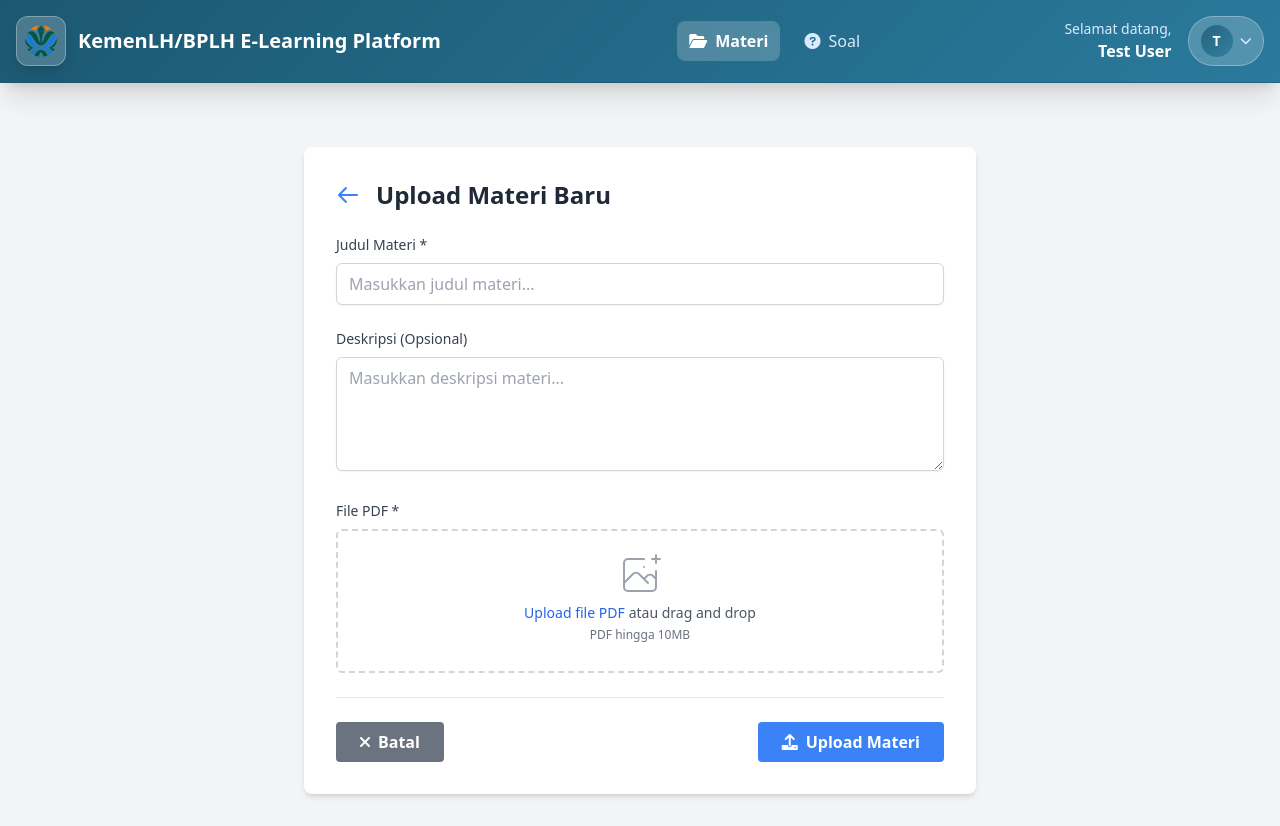
Repository: Autofat/LMS-MOOC
Page: http://localhost/materials/create
These files come from the project's save history. The page is drawn as it stood at one moment and after the next save; the edit follows.
The browser window is 1280 px wide. The pictures show the whole page.
Some web libraries are served in a nearby version. The page is served by the project's Laravel application, run on PHP 8.4 with Laravel 12. A made-up administrator, Test User (test@example.com), is signed in. Other server files are loaded and not shown.

Above is the page before, as saved 2025-08-01 13:35:25.

### routes/web.php
<?php

use Illuminate\Support\Facades\Route;
use Illuminate\Support\Facades\Auth;
use Illuminate\Support\Facades\Http;
use Illuminate\Support\Facades\Storage;
use Illuminate\Http\Request;
use App\Http\Controllers\QuestionController;
use App\Http\Controllers\MaterialController;
use App\Http\Controllers\AuthController;

// Root redirect to login
Route::get('/', function () {
    // Force logout and clear session
    Auth::logout();
    session()->flush();
    session()->regenerate();

    return redirect()->route('login');
});

// Authentication Routes
Route::get('/login', [AuthController::class, 'showLoginForm'])->name('login');
Route::post('/login', [AuthController::class, 'login']);
Route::get('/register', [AuthController::class, 'showRegisterForm'])->name('register');
Route::post('/register', [AuthController::class, 'register']);
Route::post('/logout', [AuthController::class, 'logout'])->name('logout');

// Temporary route to clear session
Route::get('/clear-session', function () {
    Auth::logout();
    session()->flush();
    session()->regenerate();
    return redirect()->route('login')->with('success', 'Session cleared. Please login again.');
});

// Test route to check auth status
Route::get('/test-auth', function () {
    return response()->json([
        'auth_check' => Auth::check(),
        'user' => Auth::user(),
        'session_id' => session()->getId(),
        'session_data' => session()->all()
    ]);
});

// Protected Routes (require authentication)
Route::middleware(['auth'])->group(function () {

    // Debug route for testing n8n connection
    Route::get('/test-n8n-connection', function () {
        try {
            $testData = [
                'action' => 'test_connection',
                'timestamp' => now()->toISOString(),
                'message' => 'Laravel connection test'
            ];

            $n8nUrl = env('N8N_GENERATE_QUESTIONS_URL', 'http://localhost:5678/webhook/generate-questions');

            $response = Http::timeout(120)
                ->retry(2, 100)
                ->withOptions([
                    'verify' => false,
                    'allow_redirects' => true,
                    'http_errors' => false
                ])
                ->post($n8nUrl, $testData);

            return response()->json([
                'success' => true,
                'message' => 'n8n connection test completed',
                'url' => $n8nUrl,
                'request_data' => $testData,
                'response' => [
                    'status' => $response->status(),
                    'headers' => $response->headers(),
                    'body' => $response->body(),
                    'successful' => $response->successful()
                ]
            ]);

        } catch (\Exception $e) {
            return response()->json([
                'success' => false,
                'error' => $e->getMessage(),
                'error_class' => get_class($e)
            ], 500);
        }
    })->name('test.n8n.connection');

    // Material Routes
    Route::get('/materials', [MaterialController::class, 'index'])->name('materials.index');
    Route::get('/materials/create', [MaterialController::class, 'create'])->name('materials.create');
    Route::post('/materials', [MaterialController::class, 'store'])->name('materials.store');
    Route::get('/materials/{id}', [MaterialController::class, 'show'])->name('materials.show');
    Route::get('/materials/{id}/edit', [MaterialController::class, 'edit'])->name('materials.edit');
    Route::put('/materials/{id}', [MaterialController::class, 'update'])->name('materials.update');
    Route::delete('/materials/{id}', [MaterialController::class, 'destroy'])->name('materials.destroy');
    Route::get('/materials/{id}/download', [MaterialController::class, 'download'])->name('materials.download');

    // Debug routes for testing file uploads
    Route::get('/test-upload', function () {
        return view('test-upload');
    })->name('test.upload.form');

    Route::post('/test-upload', function (Request $request) {
        $info = [
            'has_file' => $request->hasFile('pdf_file'),
            'php_upload_max' => ini_get('upload_max_filesize'),
            'php_post_max' => ini_get('post_max_size'),
            'storage_writable' => is_writable(storage_path('app/public')),
            'materials_dir_exists' => Storage::disk('public')->exists('materials'),
        ];

        if ($request->hasFile('pdf_file')) {
            $file = $request->file('pdf_file');
            $info['file'] = [
                'name' => $file->getClientOriginalName(),
                'size' => $file->getSize(),
                'mime' => $file->getMimeType(),
                'is_valid' => $file->isValid(),
                'error' => $file->getError(),
            ];
        }

        return response()->json($info);
    })->name('test.upload');
    Route::get('/materials/{id}/questions', [MaterialController::class, 'questions'])->name('materials.questions');

    // Generate Questions with n8n
    Route::post('/materials/{id}/generate-questions', [MaterialController::class, 'generateQuestions'])->name('materials.generate-questions');
    Route::post('/materials/{id}/generate-questions-async', [MaterialController::class, 'generateQuestionsAsync'])->name('materials.generate-questions-async');
    Route::get('/materials/{id}/test-n8n', [MaterialController::class, 'testN8nConnection'])->name('materials.test-n8n');

    // Form Manual Input
    Route::get('/questions/create', [QuestionController::class, 'create'])->name('questions.create');
    Route::post('/questions', [QuestionController::class, 'store'])->name('questions.store');

    // Manage and Edit Questions
    Route::get('/questions/manage', [QuestionController::class, 'manage'])->name('questions.manage');
    Route::get('/questions/{id}/edit', [QuestionController::class, 'edit'])->name('questions.edit');
    Route::put('/questions/{id}', [QuestionController::class, 'update'])->name('questions.update');
    Route::delete('/questions/{id}', [QuestionController::class, 'destroy'])->name('questions.destroy');
});

### resources/views/materials/create.blade.php
<!DOCTYPE html>
<html lang="en">

<head>
    <meta charset="UTF-8">
    <meta name="viewport" content="width=device-width, initial-scale=1.0">
    <title>Upload Materi Baru - KemenLH/BPLH E-Learning Platform</title>
    <script src="https://cdn.tailwindcss.com"></script>
    <link href="https://cdnjs.cloudflare.com/ajax/libs/font-awesome/6.0.0/css/all.min.css" rel="stylesheet">
</head>

<body class="bg-gray-100 min-h-screen">
    <!-- Include Navbar Component -->
    @include('components.navbar')

    <div class="container mx-auto px-4 py-8">
        <div class="max-w-2xl mx-auto">
            <div class="bg-white rounded-lg shadow-md p-8">
                <!-- Header sederhana -->
                <div class="flex items-center mb-6">
                    <a href="{{ route('materials.index') }}"
                       class="text-blue-500 hover:text-blue-700 mr-4"
                       title="Kembali ke Daftar Materi">
                        <svg class="w-6 h-6" fill="none" stroke="currentColor" viewBox="0 0 24 24">
                            <path stroke-linecap="round" stroke-linejoin="round" stroke-width="2"
                                d="M10 19l-7-7m0 0l7-7m-7 7h18"></path>
                        </svg>
                    </a>
                    <h1 class="text-2xl font-bold text-gray-800">Upload Materi Baru</h1>
                </div>

                @if ($errors->any())
                    <div class="bg-red-100 border border-red-400 text-red-700 px-4 py-3 rounded mb-6">
                        <ul class="list-disc list-inside">
                            @foreach ($errors->all() as $error)
                                <li>{{ $error }}</li>
                            @endforeach
                        </ul>
                    </div>
                @endif

                <form action="{{ route('materials.store') }}" method="POST" enctype="multipart/form-data"
                    class="space-y-6">
                    @csrf

                    <!-- Title -->
                    <div>
                        <label for="title" class="block text-sm font-medium text-gray-700 mb-2">
                            Judul Materi *
                        </label>
                        <input type="text" id="title" name="title" value="{{ old('title') }}" required
                            class="w-full px-3 py-2 border border-gray-300 rounded-md shadow-sm focus:outline-none focus:ring-2 focus:ring-blue-500 focus:border-transparent"
                            placeholder="Masukkan judul materi...">
                    </div>

                    <!-- Description -->
                    <div>
                        <label for="description" class="block text-sm font-medium text-gray-700 mb-2">
                            Deskripsi (Opsional)
                        </label>
                        <textarea id="description" name="description" rows="4"
                            class="w-full px-3 py-2 border border-gray-300 rounded-md shadow-sm focus:outline-none focus:ring-2 focus:ring-blue-500 focus:border-transparent"
                            placeholder="Masukkan deskripsi materi...">{{ old('description') }}</textarea>
                    </div>

                    <!-- PDF File -->
                    <div>
                        <label for="pdf_file" class="block text-sm font-medium text-gray-700 mb-2">
                            File PDF *
                        </label>
                        <div
                            class="mt-1 flex justify-center px-6 pt-5 pb-6 border-2 border-gray-300 border-dashed rounded-md hover:border-gray-400 transition-colors">
                            <div class="space-y-1 text-center">
                                <svg class="mx-auto h-12 w-12 text-gray-400" stroke="currentColor" fill="none"
                                    viewBox="0 0 48 48">
                                    <path
                                        d="M28 8H12a4 4 0 00-4 4v20m32-12v8m0 0v8a4 4 0 01-4 4H12a4 4 0 01-4-4v-4m32-4l-3.172-3.172a4 4 0 00-5.656 0L28 28M8 32l9.172-9.172a4 4 0 015.656 0L28 28m0 0l4 4m4-24h8m-4-4v8m-12 4h.02"
                                        stroke-width="2" stroke-linecap="round" stroke-linejoin="round" />
                                </svg>
                                <div class="flex text-sm text-gray-600">
                                    <label for="pdf_file"
                                        class="relative cursor-pointer bg-white rounded-md font-medium text-blue-600 hover:text-blue-500 focus-within:outline-none focus-within:ring-2 focus-within:ring-offset-2 focus-within:ring-blue-500">
                                        <span>Upload file PDF</span>
                                        <input id="pdf_file" name="pdf_file" type="file" class="sr-only"
                                            accept=".pdf" required onchange="updateFileName(this)">
                                    </label>
                                    <p class="pl-1">atau drag and drop</p>
                                </div>
                                <p class="text-xs text-gray-500">PDF hingga 10MB</p>
                                <p id="file-name" class="text-sm text-gray-700 font-medium"></p>
                            </div>
                        </div>
                    </div>

                    <!-- Submit Buttons -->
                    <div class="flex justify-between items-center pt-6 border-t">
                        <a href="{{ route('materials.index') }}"
                            class="bg-gray-500 hover:bg-gray-600 text-white font-bold py-2 px-6 rounded transition-colors">
                            <i class="fas fa-times mr-2"></i>Batal
                        </a>
                        <button type="submit"
                            class="bg-blue-500 hover:bg-blue-600 text-white font-bold py-2 px-6 rounded transition-colors">
                            <i class="fas fa-upload mr-2"></i>Upload Materi
                        </button>
                    </div>
                </form>
            </div>
        </div>
    </div>

    <script>
        function updateFileName(input) {
            const fileNameElement = document.getElementById('file-name');
            if (input.files && input.files[0]) {
                fileNameElement.textContent = input.files[0].name;
            } else {
                fileNameElement.textContent = '';
            }
        }
    </script>
</body>

</html>

Loaded but not shown: app/Models/User.php (common file); app/Http/Controllers/Controller.php (common file); app/Http/Controllers/MaterialController.php (844 lines, source omitted); resources/views/components/navbar.blade.php (221 lines, source omitted)

After the next save:
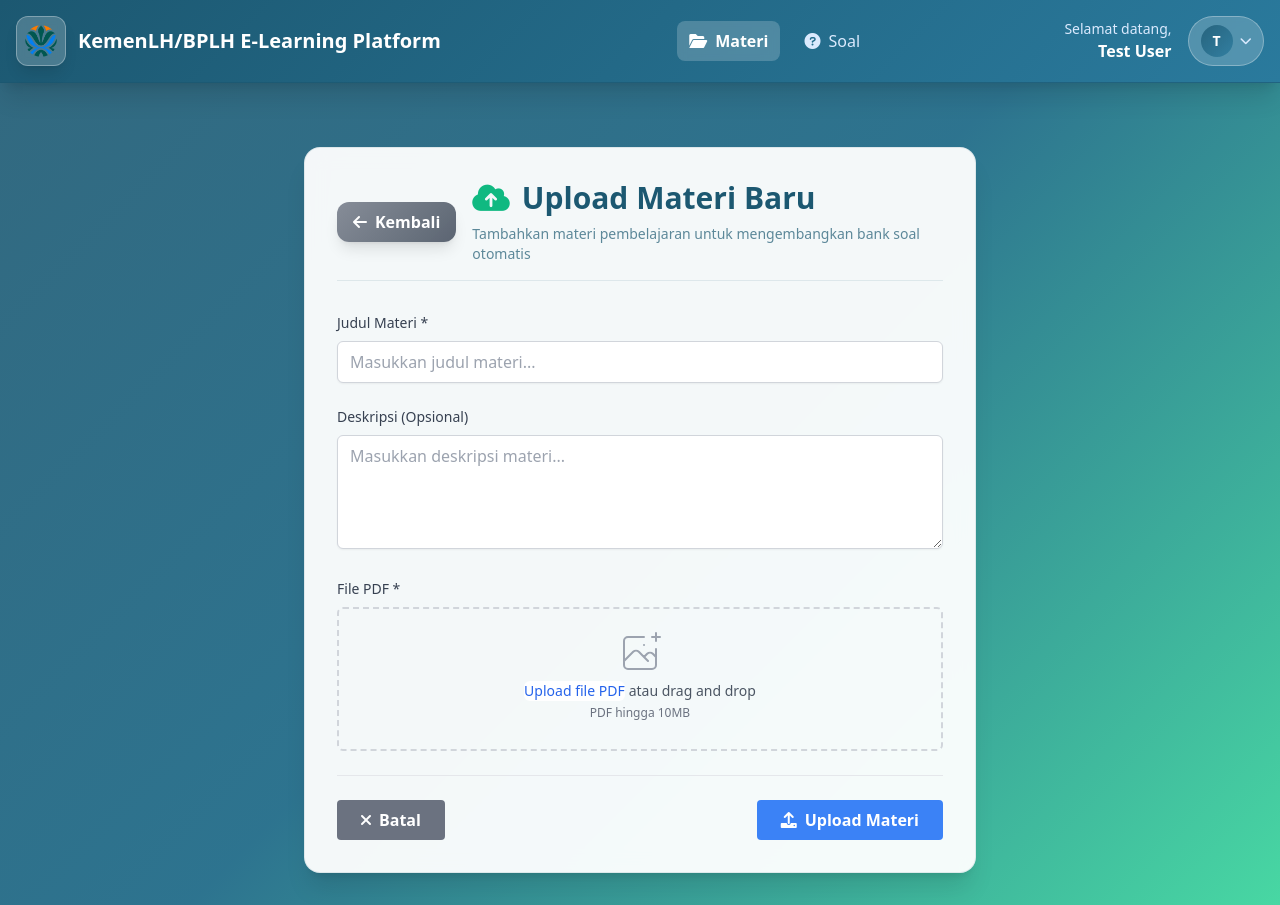
Saved 34 s later.
--- a/resources/views/materials/create.blade.php
+++ b/resources/views/materials/create.blade.php
@@ -4,29 +4,44 @@
 <head>
     <meta charset="UTF-8">
     <meta name="viewport" content="width=device-width, initial-scale=1.0">
-    <title>Upload Materi Baru - KemenLH/BPLH E-Learning Platform</title>
+    <title>Upload Materi Baru - Education Generator Platform</title>
     <script src="https://cdn.tailwindcss.com"></script>
     <link href="https://cdnjs.cloudflare.com/ajax/libs/font-awesome/6.0.0/css/all.min.css" rel="stylesheet">
+    <style>
+        .professional-gradient {
+            background: linear-gradient(135deg, rgba(28,88,113,0.9) 0%, rgba(34,108,137,0.95) 50%, rgba(52,211,153,0.9) 100%);
+        }
+
+        .glass-effect {
+            background: rgba(255, 255, 255, 0.95);
+            backdrop-filter: blur(10px);
+            border: 1px solid rgba(28,88,113,0.1);
+        }
+    </style>
 </head>
 
-<body class="bg-gray-100 min-h-screen">
+<body class="min-h-screen professional-gradient">
     <!-- Include Navbar Component -->
     @include('components.navbar')
 
     <div class="container mx-auto px-4 py-8">
         <div class="max-w-2xl mx-auto">
-            <div class="bg-white rounded-lg shadow-md p-8">
-                <!-- Header sederhana -->
-                <div class="flex items-center mb-6">
+            <div class="glass-effect rounded-2xl shadow-xl p-8">
+                <!-- Header -->
+                <div class="flex items-center mb-8 pb-4 border-b" style="border-color: rgba(28,88,113,0.1);">
                     <a href="{{ route('materials.index') }}"
-                       class="text-blue-500 hover:text-blue-700 mr-4"
-                       title="Kembali ke Daftar Materi">
-                        <svg class="w-6 h-6" fill="none" stroke="currentColor" viewBox="0 0 24 24">
-                            <path stroke-linecap="round" stroke-linejoin="round" stroke-width="2"
-                                d="M10 19l-7-7m0 0l7-7m-7 7h18"></path>
-                        </svg>
+                       class="inline-flex items-center px-4 py-2 rounded-xl font-semibold transition-all duration-200 shadow-lg hover:shadow-xl transform hover:scale-105 mr-4"
+                       style="background: linear-gradient(135deg, rgba(107,114,128,0.8) 0%, rgba(75,85,99,0.9) 100%); color: white;">
+                        <i class="fas fa-arrow-left mr-2"></i>
+                        Kembali
                     </a>
-                    <h1 class="text-2xl font-bold text-gray-800">Upload Materi Baru</h1>
+                    <div>
+                        <h1 class="text-3xl font-bold mb-2 flex items-center" style="color: rgba(28,88,113,1);">
+                            <i class="fas fa-cloud-upload-alt mr-3 text-emerald-500"></i>
+                            Upload Materi Baru
+                        </h1>
+                        <p class="text-sm" style="color: rgba(28,88,113,0.7);">Tambahkan materi pembelajaran untuk mengembangkan bank soal otomatis</p>
+                    </div>
                 </div>
 
                 @if ($errors->any())
